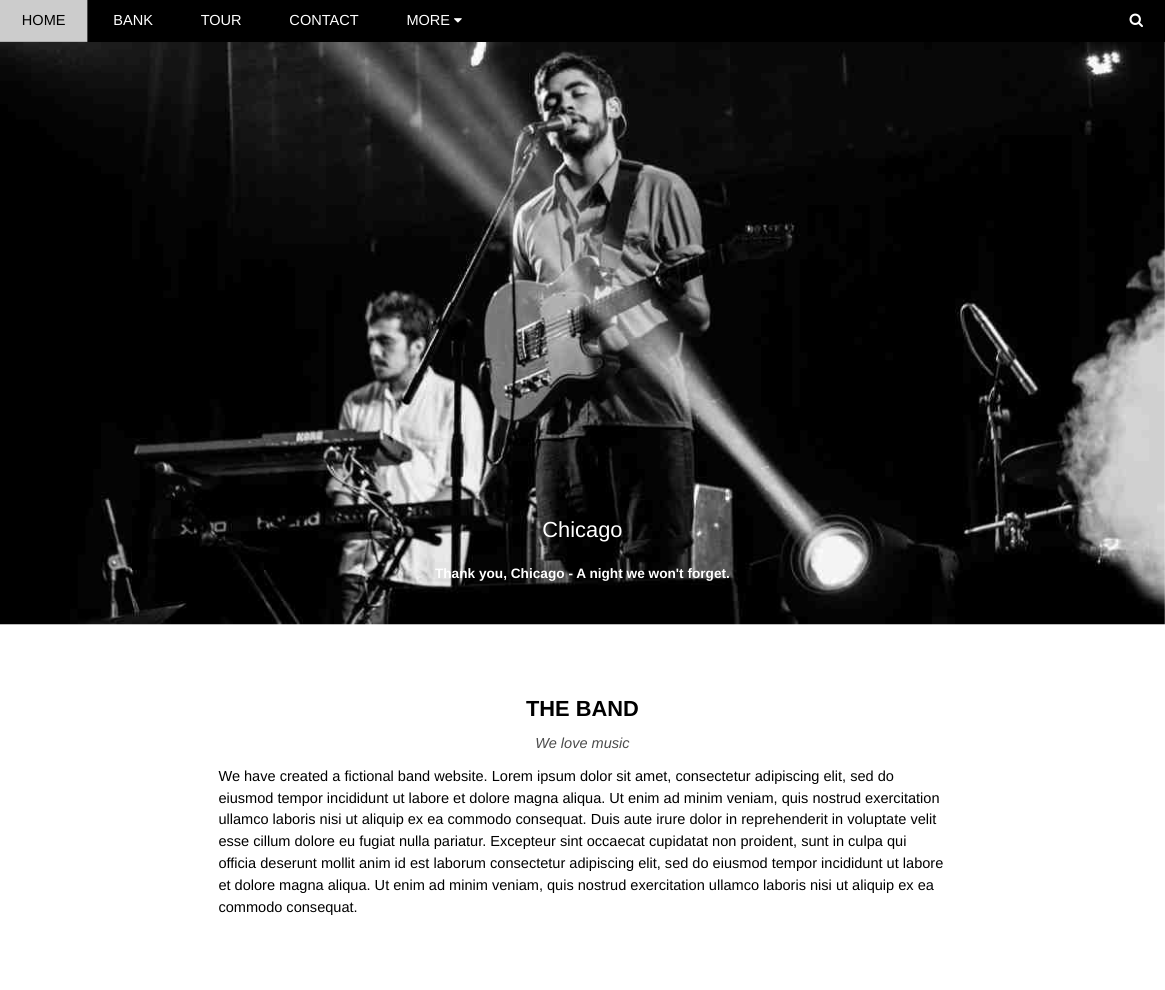
Repository: vuongtm1999/TheBand_W3School
Page: index.html
These files come from the project's save history. The page is drawn as it stood at one moment and after the next save; the edit follows.
The browser window is 1280 px wide. The pictures show the whole page, at 91% of full size.

Above is the page before, as saved 2022-08-25 17:31:02.

### index.html
<!DOCTYPE html>
<html lang="en">
<head>
    <meta charset="UTF-8">
    <meta http-equiv="X-UA-Compatible" content="IE=edge">
    <meta name="viewport" content="width=device-width, initial-scale=1.0">
    <title>Document</title>
    <link rel="stylesheet" href="./assets/css/style.css">
    <link rel="stylesheet" href="https://cdnjs.cloudflare.com/ajax/libs/font-awesome/4.7.0/css/font-awesome.min.css">

</head>
<body>
        <div id="header">
            <!-- begin: nav -->
            <ul id="nav">
                <li><a href="#">Home</a></li>
                <li><a href="#">Bank</a></li>
                <li><a href="#">Tour</a></li>
                <li><a href="#">Contact</a></li>
                <li>
                    <a href="#">More <i style="font-size: 15px;" class="fa fa-caret-down"></i></a>
                    <ul class="subnav">
                        <li><a href="#">Merchandise</a></li>
                        <li><a href="#">Extras</a></li>
                        <li><a href="#">Media</a></li>
                    </ul>
                </li>
            </ul>
            <!-- end: nav -->

            <!-- begin: search button -->
            <div class="search-button">
                <i class="fa fa-search"></i>
            </div>
            <!-- end: search button -->
        </div>

        <div id="slider">
            <div class="text-content">
                <div class="container">
                    <h3 class=text-heading>
                        Chicago
                    </h3>
                    <div class="text-description">
                        Thank you, Chicago - A night we won't forget.
                    </div>
                </div>
            </div>
        </div>

        <div id="content">
            <!-- about section -->
            <div class="content-section">
                <h2 class="section-heading">THE BAND</h2>
                <p class="section-sub-heading">We love music</p>
                <p class="section-about-text">We have created a fictional band website. Lorem ipsum dolor sit amet, consectetur adipiscing elit, sed do eiusmod tempor incididunt ut labore et dolore magna aliqua. Ut enim ad minim veniam, quis nostrud exercitation ullamco laboris nisi ut aliquip ex ea commodo consequat. Duis aute irure dolor in reprehenderit in voluptate velit esse cillum dolore eu fugiat nulla pariatur. Excepteur sint occaecat cupidatat non proident, sunt in culpa qui officia deserunt mollit anim id est laborum consectetur adipiscing elit, sed do eiusmod tempor incididunt ut labore et dolore magna aliqua. Ut enim ad minim veniam, quis nostrud exercitation ullamco laboris nisi ut aliquip ex ea commodo consequat.</p>
            </div>

        </div>

        <div id="footer">

        </div>
    </div>
</body>
</html>

### assets/css/style.css
/* reset CSS */
* {
    margin: 0;
    padding: 0;
    box-sizing: border-box;
}

html {
    font-family: Helvetica, Arial, sans-serif;
}

#nav, .subnav{
    list-style-type: none;
}

#nav{
    display: inline-block;
}

/*
Nguyen tac lam viec
1. Vi tri
2. Kich thuoc
3. Mau sac
4. Kieu dang (kieu chu, hinh tron hay hinh vuong,...)
*/

/*
Tu ngoai vao trong
Tu tren xuong duoi
TU tong quan den chi tiet
 */

#main {}

#header {
    position: fixed;
    z-index: 1;
    height: 46px;
    background-color: #000;
    color: #fff;
    top: 0;
    left: 0;
    right: 0;
}

#nav li {
    text-decoration: none;
    line-height: 46px;
}

a{
    text-decoration: none;
}

#nav > li > a {
    /* display: inline-block; */
    padding: 0px 24px;
    color: #ffffff;
    text-transform: uppercase;
}

#nav > li {
    display: inline-block;
}

#nav li:last-child {
    position: relative;
}

#nav .subnav {
    background-color: #fff;
    position: absolute;
    display: none;
    top: 100%;
    left: 0;
    box-shadow:  0px 0px 10px rgba(0, 0, 0, 0.3);
    min-width: 160px;
}

#nav .subnav a{
    color: #000;
    padding: 0px 12px;
    line-height: 30px;
    display: inline-block;
    width: 100%;
}

#nav .subnav li:hover,
#nav > li:hover > a {
    color: #000;
    background-color: #ccc;
    display: block;
}

#nav > li:last-child:hover .subnav{
    display: block;
}

/* search btn */
#header .search-button{
    float: right;
    line-height: 46px;
    padding: 0 24px;
}

#header .search-button:hover{
    background-color: #f44336;
    cursor: pointer;
}

#slider {
    /* background-color: rgb(27, 22, 22); */
    margin-top: 46px;
/* padding-top bang 50% chieu rong cua thanh phan do */
    padding-top: 50%;
    position: relative;
    background: url("/assets/img/chicago.jpg") top center / cover no-repeat;
}

#slider .text-content{
    position: absolute;
    color: white;
    bottom: 48px;

    /* cach 1 */
    /* left: 50%;
    transform: translateX(-50%); */
    /* cach 2 */
    /* left: 0;
    right: 0; */
    /* cach 3 */
    width: 100%;
    text-align: center;
}

.text-heading{
    font-size: 24px;
    font-weight: 400;
}

.text-description{
    margin-top: 25px;
    font-weight: bolder;
    font-size: 15px;
}

#content .content-section{
    width: 800px;
    padding: 64px 0;
    margin-left: auto;
    margin-right: auto;
}

.section-heading,
.section-about-text{
    margin: 15px 0px;
}

.section-heading,
.section-sub-heading{
    text-align: center;
}

.section-sub-heading{
    opacity: 0.7;
    font-style: italic;
}

.section-about-text{
    line-height: 1.5;
}


#container {
    /* height: 500px;
    background-color: #ccc; */
}

#content {}

#footer {}

After the next save:
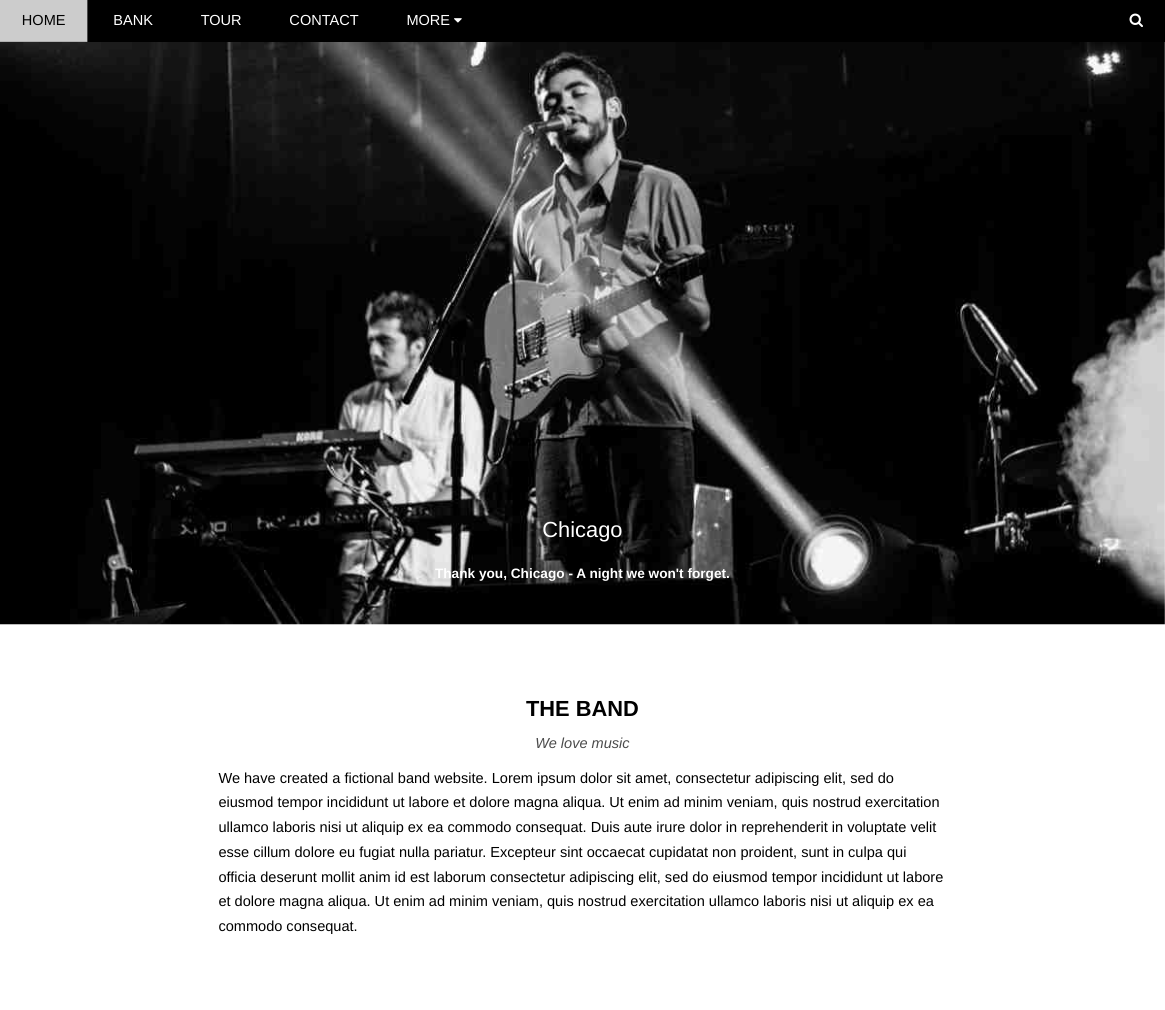
Saved 6 s later.
--- a/assets/css/style.css
+++ b/assets/css/style.css
@@ -168,7 +168,7 @@ a{
 }
 
 .section-about-text{
-    line-height: 1.5;
+    line-height: 1.7;
 }
 
 
